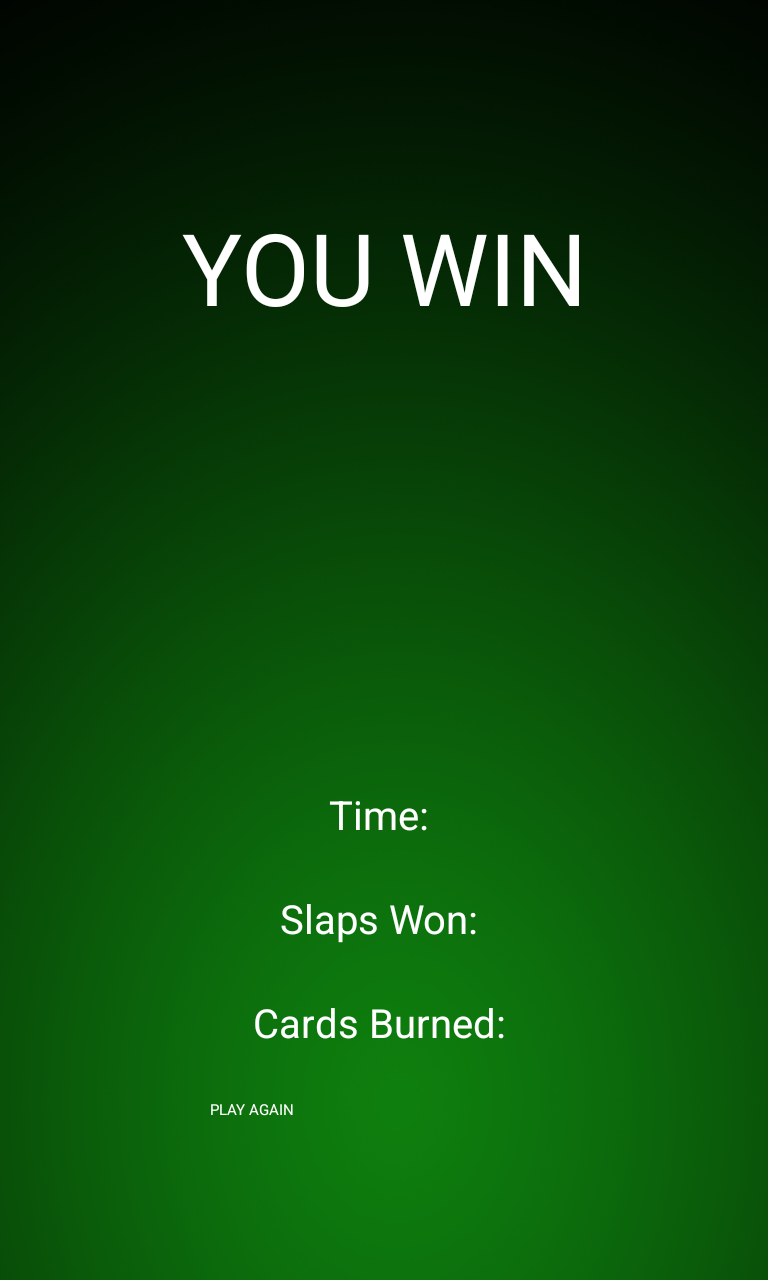
Repository: jwu14/AAProductions
Layout: EgyptianRatscrew/res/layout/activity_rules.xml
An editor plug-in stored every save of this project. The layout is shown before and after the next save, followed by the edit.
It is drawn on a 768 x 1280 px phone screen (xhdpi) without system bars, with theme AppTheme; the app's code is not run.

Above is the layout before, as saved 2013-03-06 20:26:38.

### EgyptianRatscrew/res/layout/activity_rules.xml
<LinearLayout xmlns:android="http://schemas.android.com/apk/res/android"
    xmlns:tools="http://schemas.android.com/tools"
    android:layout_width="fill_parent"
    android:layout_height="fill_parent"
    android:background="@drawable/bg"
    android:gravity="center"
    android:orientation="vertical"
    android:paddingBottom="10dp"
    android:paddingTop="10dp"
    tools:context=".StatsActivity" >

    <TextView
        android:id="@+id/gameResult"
        android:layout_width="match_parent"
        android:layout_height="68dp"
        android:layout_weight="0.23"
        android:clickable="false"
        android:gravity="center_horizontal"
        android:paddingTop="90sp"
        android:text="YOU WIN"
        android:textColor="#FFFFFF"
        android:textSize="50sp" />

     <TextView
         android:id="@+id/Time"
         android:layout_width="404dp"
         android:layout_height="52dp"
         android:clickable="false"
         android:gravity="center_horizontal"
         android:text="Time: "
         android:textColor="#FFFFFF"
         android:textSize="20sp" />

     <TextView
         android:id="@+id/SlapPerc"
         android:layout_width="404dp"
         android:layout_height="52dp"
         android:clickable="false"
         android:gravity="center_horizontal"
         android:text="Slaps Won: "
         android:textColor="#FFFFFF"
         android:textSize="20sp" />

     <TextView
         android:id="@+id/BurnPerc"
         android:layout_width="404dp"
         android:layout_height="52dp"
         android:clickable="false"
         android:gravity="center_horizontal"
         android:text="Cards Burned: "
         android:textColor="#FFFFFF"
         android:textSize="20sp" />

     <Button
         android:id="@+id/play_again"
         android:layout_width="174dp"
         android:layout_height="wrap_content"
         android:layout_gravity="bottom|center"
         android:layout_marginBottom="70sp"
         android:onClick="playAgain"
         android:text="@string/play_again"
         android:textColor="#FFFFFF" />

</LinearLayout>

### EgyptianRatscrew/res/values/strings.xml
<?xml version="1.0" encoding="utf-8"?>
<resources>

    <string name="app_name">Egyptian Ratscrew</string>
    <string name="hello_world">Hello world!</string>
    <string name="menu_settings">Settings</string>
    <string name="dummy_content">DUMMY\nCONTENT</string>
    <string name="dummy_button">Dummy Button</string>
    <string name="title_activity_home_page">HomePage</string>
    <string name="title_activity_slap">Slap</string>
    <string name="play">PLAY</string>
    <string name="rules">RULES</string>
    <string name="ers">EGYPTIAN RATSCREW</string>
    <string name="numComputers"># of Computers</string>
    <string name="difficulty">Difficulty Level</string>
    <string name="slapoptions">Slap Options</string>
    <string name="title_activity_fullscreen">FullscreenActivity</string>
    <string name="title_activity_stats">Stats</string>
    <string name="play_again">PLAY AGAIN</string>

</resources>

After the next save:
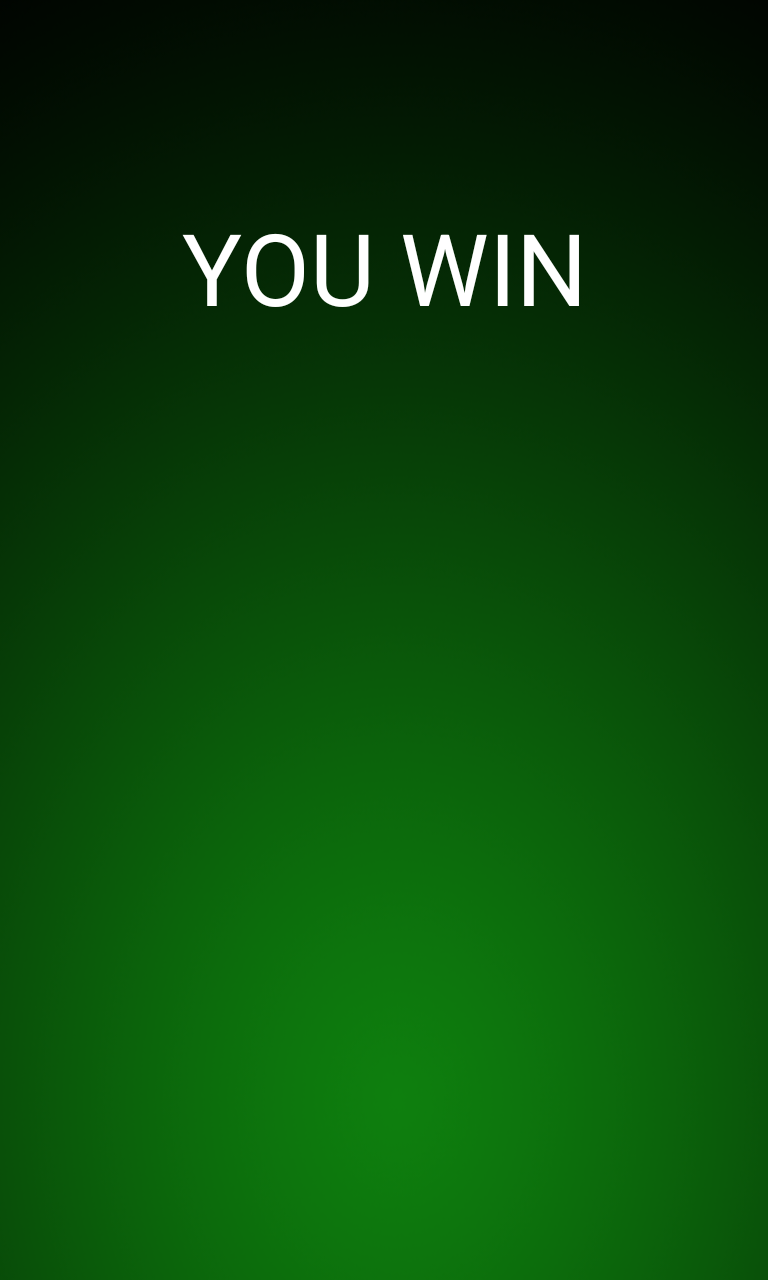
Saved 62 s later.
--- a/EgyptianRatscrew/res/layout/activity_rules.xml
+++ b/EgyptianRatscrew/res/layout/activity_rules.xml
@@ -21,44 +21,4 @@
         android:textColor="#FFFFFF"
         android:textSize="50sp" />
 
-     <TextView
-         android:id="@+id/Time"
-         android:layout_width="404dp"
-         android:layout_height="52dp"
-         android:clickable="false"
-         android:gravity="center_horizontal"
-         android:text="Time: "
-         android:textColor="#FFFFFF"
-         android:textSize="20sp" />
-
-     <TextView
-         android:id="@+id/SlapPerc"
-         android:layout_width="404dp"
-         android:layout_height="52dp"
-         android:clickable="false"
-         android:gravity="center_horizontal"
-         android:text="Slaps Won: "
-         android:textColor="#FFFFFF"
-         android:textSize="20sp" />
-
-     <TextView
-         android:id="@+id/BurnPerc"
-         android:layout_width="404dp"
-         android:layout_height="52dp"
-         android:clickable="false"
-         android:gravity="center_horizontal"
-         android:text="Cards Burned: "
-         android:textColor="#FFFFFF"
-         android:textSize="20sp" />
-
-     <Button
-         android:id="@+id/play_again"
-         android:layout_width="174dp"
-         android:layout_height="wrap_content"
-         android:layout_gravity="bottom|center"
-         android:layout_marginBottom="70sp"
-         android:onClick="playAgain"
-         android:text="@string/play_again"
-         android:textColor="#FFFFFF" />
-
 </LinearLayout>
